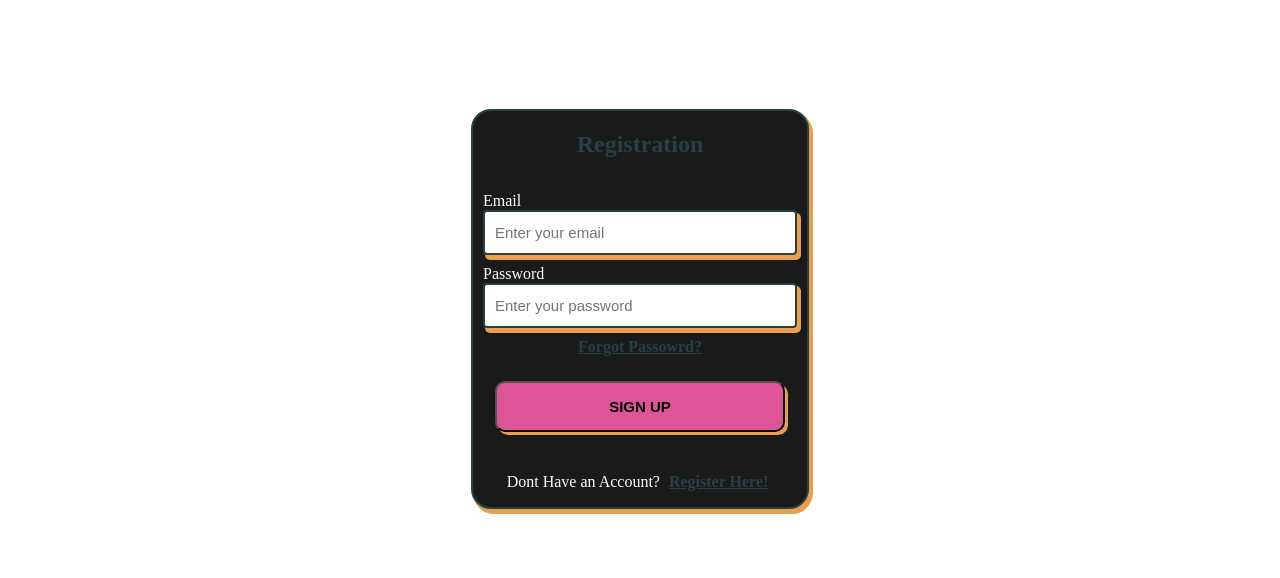
Repository: PeruriNaresh/Bank_Project
Page: http://localhost/bank_project/
The author's editor kept a copy of each file at every save. The page is drawn from the files as they stood at one save, then again after the next save.
The browser window is 1280 px wide. The pictures show the whole page.
The page is served by Tomcat 9.

Above is the page before, as saved 2024-10-24 12:59:04.

After the next save:
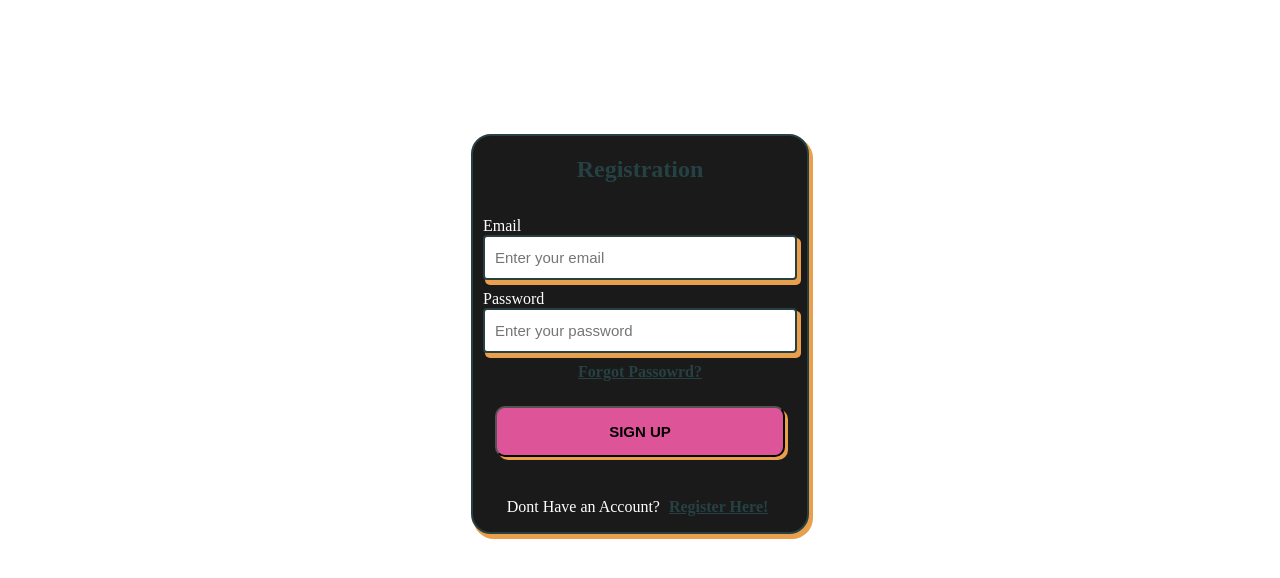
Saved 6 s later.
--- a/bank_project/src/main/webapp/index.jsp
+++ b/bank_project/src/main/webapp/index.jsp
@@ -17,7 +17,7 @@
 }
 
 .form_area {
-  margin-top:8%;
+  margin-top:10%;
   display: flex;
   justify-content: center;
   align-items: center;

After the save that followed:
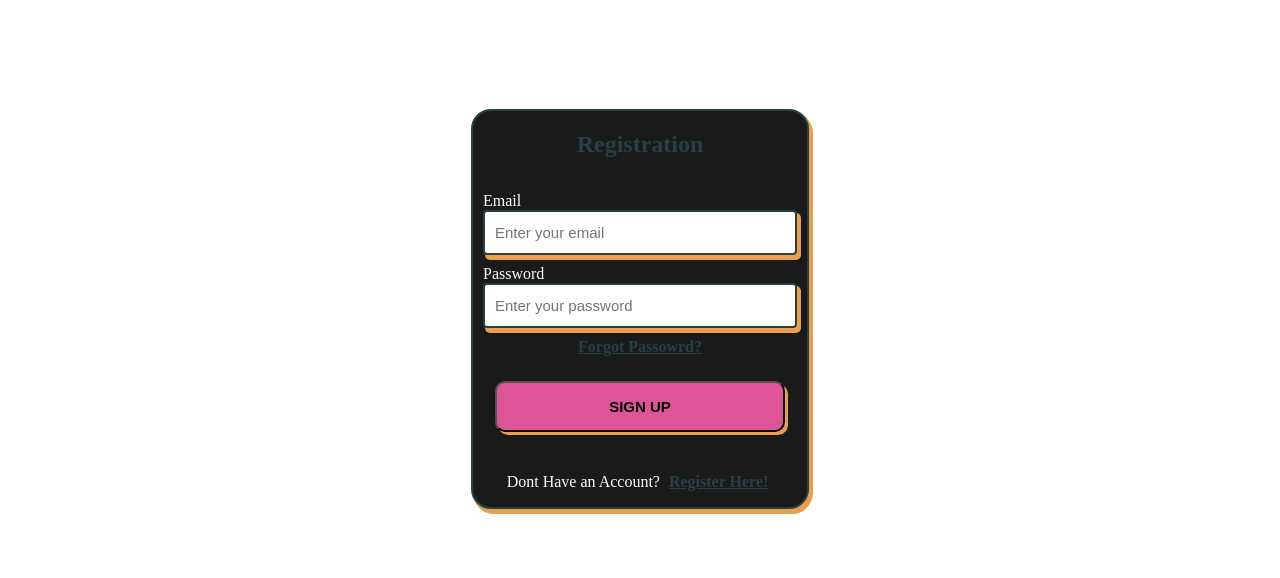
Saved 9 s later.
--- a/bank_project/src/main/webapp/index.jsp
+++ b/bank_project/src/main/webapp/index.jsp
@@ -17,7 +17,7 @@
 }
 
 .form_area {
-  margin-top:10%;
+  margin-top:8%;
   display: flex;
   justify-content: center;
   align-items: center;
